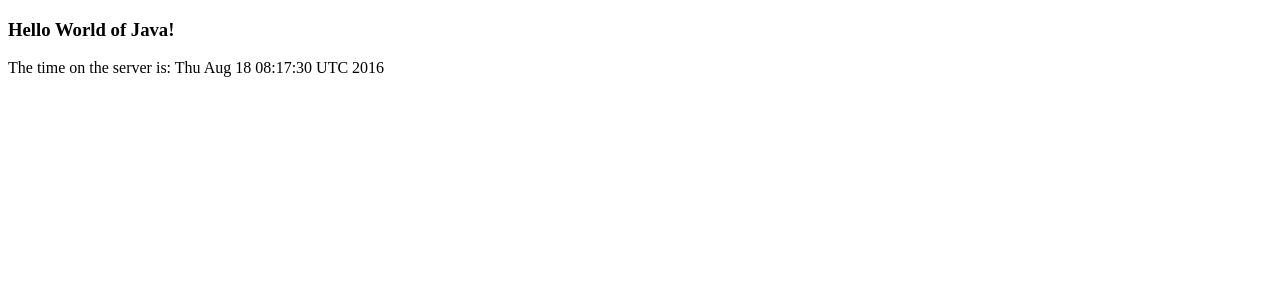
Repository: atonizer/workspace
Page: http://localhost/jspdemo/helloworld.jsp
An editor plug-in stored every save of this project. The page is shown before and after the next save, followed by the edit.
The browser window is 1280 px wide. The pictures show the whole page.
The page is served by Tomcat 9. Other server files are loaded and not shown.

Above is the page before, as saved 2016-08-20 09:32:28.

### jspdemo/WebContent/helloworld.jsp
<%@page import="java.util.Date"%>
<%@ page language="java" contentType="text/html; charset=UTF-8"
    pageEncoding="UTF-8"%>
<!DOCTYPE html PUBLIC "-//W3C//DTD HTML 4.01 Transitional//EN" "http://www.w3.org/TR/html4/loose.dtd">
<html>
<head>
<meta http-equiv="Content-Type" content="text/html; charset=UTF-8">
<title>Hello World!</title>
</head>
<body>
<h3>Hello World of Java!</h3>

<%
for(int i=1; i<=5; i++){

}
%>
<p>The time on the server is: <%= new Date() %></p>
</body>
</html>

After the next save:
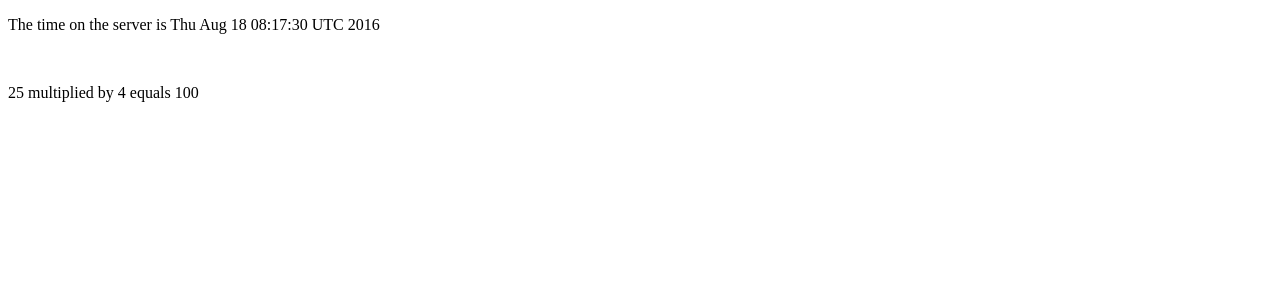
Saved 15 s later.
--- a/jspdemo/WebContent/helloworld.jsp
+++ b/jspdemo/WebContent/helloworld.jsp
@@ -1,20 +1,16 @@
-<%@page import="java.util.Date"%>
-<%@ page language="java" contentType="text/html; charset=UTF-8"
-    pageEncoding="UTF-8"%>
+<%@ page language="java" contentType="text/html; charset=ISO-8859-1"
+    pageEncoding="ISO-8859-1"%>
 <!DOCTYPE html PUBLIC "-//W3C//DTD HTML 4.01 Transitional//EN" "http://www.w3.org/TR/html4/loose.dtd">
 <html>
 <head>
-<meta http-equiv="Content-Type" content="text/html; charset=UTF-8">
-<title>Hello World!</title>
+<meta http-equiv="Content-Type" content="text/html; charset=ISO-8859-1">
+<title>Hell World of Java!</title>
 </head>
 <body>
-<h3>Hello World of Java!</h3>
 
-<%
-for(int i=1; i<=5; i++){
+<p>The time on the server is <%= new java.util.Date() %></p>
+<br/>
+<p>25 multiplied by 4 equals <%= 25*4 %> </p>
 
-}
-%>
-<p>The time on the server is: <%= new Date() %></p>
 </body>
 </html>
